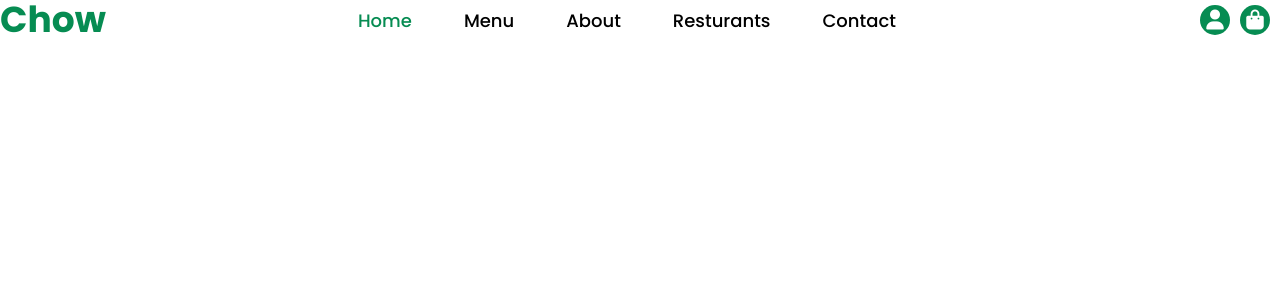
Repository: nguyennam1029/balbal
Page: index.html
The author's editor kept a copy of each file at every save. The page is drawn from the files as they stood at one save, then again after the next save.
The browser window is 1280 px wide. The pictures show the whole page.
Some web libraries are served in a nearby version.

Above is the page before, as saved 2022-07-01 17:06:03.

### index.html
<!DOCTYPE html>
<html lang="en">
  <head>
    <meta charset="UTF-8" />
    <meta http-equiv="X-UA-Compatible" content="IE=edge" />
    <meta name="viewport" content="width=device-width, initial-scale=1.0" />
    <title>Chow</title>
    <link
      rel="stylesheet"
      href="https://cdnjs.cloudflare.com/ajax/libs/font-awesome/6.1.1/css/all.min.css"
      integrity="sha512-KfkfwYDsLkIlwQp6LFnl8zNdLGxu9YAA1QvwINks4PhcElQSvqcyVLLD9aMhXd13uQjoXtEKNosOWaZqXgel0g=="
      crossorigin="anonymous"
      referrerpolicy="no-referrer"
    />
    <link rel="stylesheet" href="css/grid.css" />
    <link rel="stylesheet" href="css/style.css" />
  </head>
  <body>
    <div class="grid wide">
      <div class="menu">
        <a href="#" class="menu-left">Chow</a>
        <ul class="menu-center">
          <li class="menu-center-item">
            <a href="#" class="menu-center--link active">Home</a>
          </li>
          <li class="menu-center-item">
            <a href="#" class="menu-center--link">Menu</a>
          </li>
          <li class="menu-center-item">
            <a href="#" class="menu-center--link">About</a>
          </li>
          <li class="menu-center-item">
            <a href="#" class="menu-center--link">Resturants</a>
          </li>
          <li class="menu-center-item">
            <a href="#" class="menu-center--link">Contact</a>
          </li>
        </ul>
        <ul class="menu-right">
          <li class="menu-right-item">
            <a href="#" class="menu-right--link">
              <i class="fa-solid fa-user"></i>
            </a>
          </li>
          <li class="menu-right-item">
            <a href="#" class="menu-right--link active">
              <i class="fa-solid fa-bag-shopping"></i>
              <span class="menu-right--circle"></span>
            </a>
          </li>
        </ul>
      </div>
    </div>
  </body>
</html>

### css/grid.css
/* L là pc ,  M là tablet, C là mobile  */
.grid {
    width  : 100%;
    display: block;
    padding: 0;
}

.grid.wide {
    max-width: 1280px;
    margin   : 0 auto;
}

.row {
    display     : flex;
    flex-wrap   : wrap;
    margin-left : -4px;
    margin-right: -4px;
}

.row.no-gutters {
    margin-left : 0;
    margin-right: 0;
}

.col {
    padding-left : 4px;
    padding-right: 4px;
}

.row.no-gutters .col {
    padding-left : 0;
    padding-right: 0;
}

.c-0 {
    display: none;
}

.c-1 {
    flex     : 0 0 8.33333%;
    max-width: 8.33333%;
}

.c-2 {
    flex     : 0 0 16.66667%;
    max-width: 16.66667%;
}

.c-3 {
    flex     : 0 0 25%;
    max-width: 25%;
}

.c-4 {
    flex     : 0 0 33.33333%;
    max-width: 33.33333%;
}

.c-5 {
    flex     : 0 0 41.66667%;
    max-width: 41.66667%;
}

.c-6 {
    flex     : 0 0 50%;
    max-width: 50%;
}

.c-7 {
    flex     : 0 0 58.33333%;
    max-width: 58.33333%;
}

.c-8 {
    flex     : 0 0 66.66667%;
    max-width: 66.66667%;
}

.c-9 {
    flex     : 0 0 75%;
    max-width: 75%;
}

.c-10 {
    flex     : 0 0 83.33333%;
    max-width: 83.33333%;
}

.c-11 {
    flex     : 0 0 91.66667%;
    max-width: 91.66667%;
}

.c-12 {
    flex     : 0 0 100%;
    max-width: 100%;
}

.c-o-1 {
    margin-left: 8.33333%;
}

.c-o-2 {
    margin-left: 16.66667%;
}

.c-o-3 {
    margin-left: 25%;
}

.c-o-4 {
    margin-left: 33.33333%;
}

.c-o-5 {
    margin-left: 41.66667%;
}

.c-o-6 {
    margin-left: 50%;
}

.c-o-7 {
    margin-left: 58.33333%;
}

.c-o-8 {
    margin-left: 66.66667%;
}

.c-o-9 {
    margin-left: 75%;
}

.c-o-10 {
    margin-left: 83.33333%;
}

.c-o-11 {
    margin-left: 91.66667%;
}

/* >= Tablet */
@media (min-width: 740px) {
    .row {
        margin-left : -8px;
        margin-right: -8px;
    }

    .col {
        padding-left : 8px;
        padding-right: 8px;
    }

    .m-0 {
        display: none;
    }

    .m-1,
    .m-2,
    .m-3,
    .m-4,
    .m-5,
    .m-6,
    .m-7,
    .m-8,
    .m-9,
    .m-10,
    .m-11,
    .m-12 {
        display: block;
    }

    .m-1 {
        flex     : 0 0 8.33333%;
        max-width: 8.33333%;
    }

    .m-2 {
        flex     : 0 0 16.66667%;
        max-width: 16.66667%;
    }

    .m-3 {
        flex     : 0 0 25%;
        max-width: 25%;
    }

    .m-4 {
        flex     : 0 0 33.33333%;
        max-width: 33.33333%;
    }

    .m-5 {
        flex     : 0 0 41.66667%;
        max-width: 41.66667%;
    }

    .m-6 {
        flex     : 0 0 50%;
        max-width: 50%;
    }

    .m-7 {
        flex     : 0 0 58.33333%;
        max-width: 58.33333%;
    }

    .m-8 {
        flex     : 0 0 66.66667%;
        max-width: 66.66667%;
    }

    .m-9 {
        flex     : 0 0 75%;
        max-width: 75%;
    }

    .m-10 {
        flex     : 0 0 83.33333%;
        max-width: 83.33333%;
    }

    .m-11 {
        flex     : 0 0 91.66667%;
        max-width: 91.66667%;
    }

    .m-12 {
        flex     : 0 0 100%;
        max-width: 100%;
    }

    .m-o-1 {
        margin-left: 8.33333%;
    }

    .m-o-2 {
        margin-left: 16.66667%;
    }

    .m-o-3 {
        margin-left: 25%;
    }

    .m-o-4 {
        margin-left: 33.33333%;
    }

    .m-o-5 {
        margin-left: 41.66667%;
    }

    .m-o-6 {
        margin-left: 50%;
    }

    .m-o-7 {
        margin-left: 58.33333%;
    }

    .m-o-8 {
        margin-left: 66.66667%;
    }

    .m-o-9 {
        margin-left: 75%;
    }

    .m-o-10 {
        margin-left: 83.33333%;
    }

    .m-o-11 {
        margin-left: 91.66667%;
    }
}

/* PC medium resolution > */
@media (min-width: 1113px) {
    .row {
        margin-left : -12px;
        margin-right: -12px;
    }

    .row.sm-gutter {
        margin-left : -5px;
        margin-right: -5px;
    }

    .col {
        padding-left : 12px;
        padding-right: 12px;
    }

    .row.sm-gutter .col {
        padding-left : 5px;
        padding-right: 5px;
    }

    .l-0 {
        display: none;
    }

    .l-1,
    .l-2,
    .l-2-4,
    .l-3,
    .l-4,
    .l-5,
    .l-6,
    .l-7,
    .l-8,
    .l-9,
    .l-10,
    .l-11,
    .l-12 {
        display: block;
    }

    .l-1 {
        flex     : 0 0 8.33333%;
        max-width: 8.33333%;
    }

    .l-2 {
        flex     : 0 0 16.66667%;
        max-width: 16.66667%;
    }

    .l-2-4 {
        flex     : 0 0 20%;
        max-width: 20%;
    }

    .l-3 {
        flex     : 0 0 25%;
        max-width: 25%;
    }

    .l-4 {
        flex     : 0 0 33.33333%;
        max-width: 33.33333%;
    }

    .l-5 {
        flex     : 0 0 41.66667%;
        max-width: 41.66667%;
    }

    .l-6 {
        flex     : 0 0 50%;
        max-width: 50%;
    }

    .l-7 {
        flex     : 0 0 58.33333%;
        max-width: 58.33333%;
    }

    .l-8 {
        flex     : 0 0 66.66667%;
        max-width: 66.66667%;
    }

    .l-9 {
        flex     : 0 0 75%;
        max-width: 75%;
    }

    .l-10 {
        flex     : 0 0 83.33333%;
        max-width: 83.33333%;
    }

    .l-11 {
        flex     : 0 0 91.66667%;
        max-width: 91.66667%;
    }

    .l-12 {
        flex     : 0 0 100%;
        max-width: 100%;
    }

    .l-o-1 {
        margin-left: 8.33333%;
    }

    .l-o-2 {
        margin-left: 16.66667%;
    }

    .l-o-3 {
        margin-left: 25%;
    }

    .l-o-4 {
        margin-left: 33.33333%;
    }

    .l-o-5 {
        margin-left: 41.66667%;
    }

    .l-o-6 {
        margin-left: 50%;
    }

    .l-o-7 {
        margin-left: 58.33333%;
    }

    .l-o-8 {
        margin-left: 66.66667%;
    }

    .l-o-9 {
        margin-left: 75%;
    }

    .l-o-10 {
        margin-left: 83.33333%;
    }

    .l-o-11 {
        margin-left: 91.66667%;
    }
}

/* Tablet - PC low resolution */
@media (min-width: 740px) and (max-width: 1023px) {
    .wide {
        width: 644px;
    }
}

/* > PC low resolution */
@media (min-width: 1024px) and (max-width: 1239px) {
    .wide {
        width: 984px;
    }

    .wide .row {
        margin-left : -12px;
        margin-right: -12px;
    }

    .wide .row.sm-gutter {
        margin-left : -5px;
        margin-right: -5px;
    }

    .wide .col {
        padding-left : 12px;
        padding-right: 12px;
    }

    .wide .row.sm-gutter .col {
        padding-left : 5px;
        padding-right: 5px;
    }

    .wide .l-0 {
        display: none;
    }

    .wide .l-1,
    .wide .l-2,
    .wide .l-2-4,
    .wide .l-3,
    .wide .l-4,
    .wide .l-5,
    .wide .l-6,
    .wide .l-7,
    .wide .l-8,
    .wide .l-9,
    .wide .l-10,
    .wide .l-11,
    .wide .l-12 {
        display: block;
    }

    .wide .l-1 {
        flex     : 0 0 8.33333%;
        max-width: 8.33333%;
    }

    .wide .l-2 {
        flex     : 0 0 16.66667%;
        max-width: 16.66667%;
    }

    .wide .l-2-4 {
        flex     : 0 0 20%;
        max-width: 20%;
    }

    .wide .l-3 {
        flex     : 0 0 25%;
        max-width: 25%;
    }

    .wide .l-4 {
        flex     : 0 0 33.33333%;
        max-width: 33.33333%;
    }

    .wide .l-5 {
        flex     : 0 0 41.66667%;
        max-width: 41.66667%;
    }

    .wide .l-6 {
        flex     : 0 0 50%;
        max-width: 50%;
    }

    .wide .l-7 {
        flex     : 0 0 58.33333%;
        max-width: 58.33333%;
    }

    .wide .l-8 {
        flex     : 0 0 66.66667%;
        max-width: 66.66667%;
    }

    .wide .l-9 {
        flex     : 0 0 75%;
        max-width: 75%;
    }

    .wide .l-10 {
        flex     : 0 0 83.33333%;
        max-width: 83.33333%;
    }

    .wide .l-11 {
        flex     : 0 0 91.66667%;
        max-width: 91.66667%;
    }

    .wide .l-12 {
        flex     : 0 0 100%;
        max-width: 100%;
    }

    .wide .l-o-1 {
        margin-left: 8.33333%;
    }

    .wide .l-o-2 {
        margin-left: 16.66667%;
    }

    .wide .l-o-3 {
        margin-left: 25%;
    }

    .wide .l-o-4 {
        margin-left: 33.33333%;
    }

    .wide .l-o-5 {
        margin-left: 41.66667%;
    }

    .wide .l-o-6 {
        margin-left: 50%;
    }

    .wide .l-o-7 {
        margin-left: 58.33333%;
    }

    .wide .l-o-8 {
        margin-left: 66.66667%;
    }

    .wide .l-o-9 {
        margin-left: 75%;
    }

    .wide .l-o-10 {
        margin-left: 83.33333%;
    }

    .wide .l-o-11 {
        margin-left: 91.66667%;
    }
}

### css/style.css
@import url('https://fonts.googleapis.com/css2?family=Poppins:wght@400;500;600;700&display=swap');

*,
*::before,
*::after {
    box-sizing: border-box;
}

* {
    margin : 0;
    padding: 0;
}

html {
    font-family: 'Poppins',
        sans-serif;
    font-size: 62.5%;
}

html,
body {
    height: 100%;
}

body {
    line-height: 1.5;
}

img,
picture,
video,
canvas,
svg {
    display  : block;
    max-width: 100%;
}

input,
button,
textarea,
select {
    font   : inherit;
    outline: none;
}

p,
h1,
h2,
h3,
h4,
h5,
h6 {
    overflow-wrap: break-word;
}

a {
    text-decoration: none;
}

ul {
    list-style: none;
}

.menu {
    display        : flex;
    justify-content: space-between;
    align-items    : center;
}

.menu-left {
    font-weight: 700;
    font-size  : 3.6rem;
    line-height: 40px;

    color: #068C52;
}

.menu-center,
.menu-right {
    display        : flex;
    justify-content: center;
    align-items    : center;
}

.menu-center--link {
    margin-right: 52px;
    font-weight : 500;
    font-size   : 1.8rem;
    line-height : 27px;
    color       : #000000;
}

.menu-center--link.active {
    color: #068C52;
}

.menu-right--link {
    margin-right         : 10px;
    display              : flex;
    justify-content      : center;
    align-items          : center;
    width                : 30px;
    height               : 30px;
    border-radius        : 50%;
    -webkit-border-radius: 50%;
    -moz-border-radius   : 50%;
    -ms-border-radius    : 50%;
    -o-border-radius     : 50%;
    background-color     : #068C52;
}

.menu-right--link i {
    color    : #fff;
    font-size: 2rem;
}

After the next save:
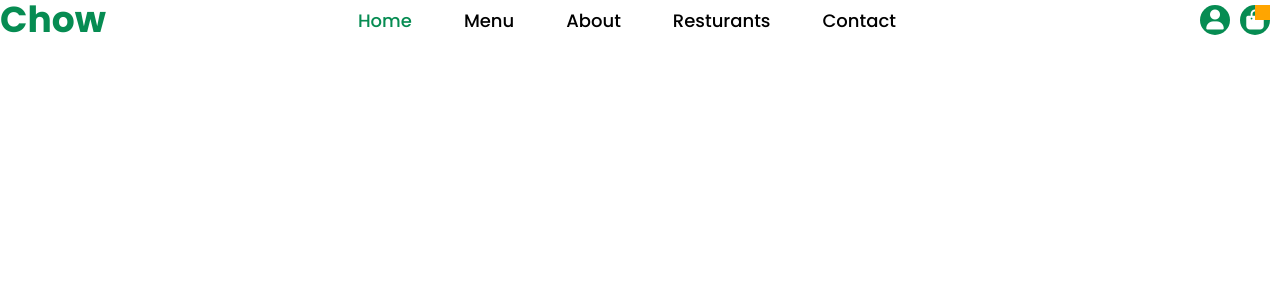
Saved 59 s later.
--- a/css/style.css
+++ b/css/style.css
@@ -113,3 +113,16 @@ ul {
     color    : #fff;
     font-size: 2rem;
 }
+
+.menu-right--link.active {
+    position: relative;
+}
+
+.menu-right--circle {
+    position  : absolute;
+    top       : 0;
+    right     : 0;
+    width     : 15px;
+    height    : 15px;
+    background: #FFA500;
+}
